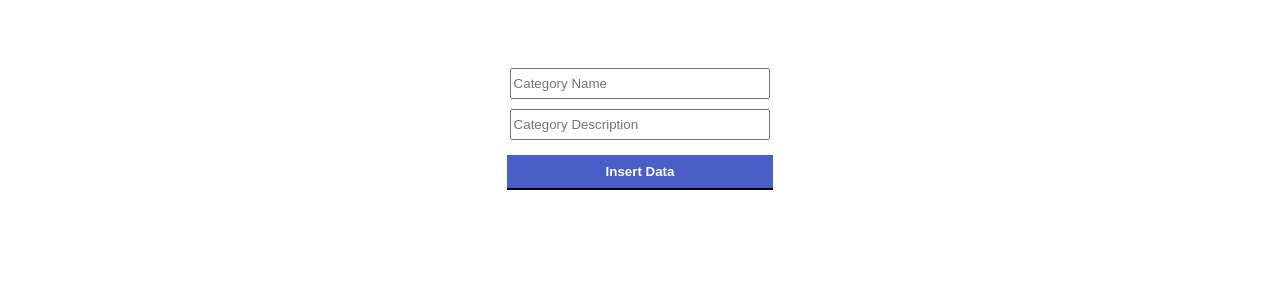
Repository: developerks611/loanweb
Page: http://localhost/loan-web/addcategory.jsp
The author's editor kept a copy of each file at every save. The page is drawn from the files as they stood at one save, then again after the next save.
The browser window is 1280 px wide. The pictures show the whole page.
The page is served by Tomcat 9. Other server files are loaded and not shown.

Above is the page before, as saved 2023-03-08 07:08:35.

### loan-web/src/main/webapp/addcategory.jsp
<%@ page language="java" contentType="text/html; charset=ISO-8859-1"
    pageEncoding="ISO-8859-1"%>
<!DOCTYPE html>
<html>
<head>
<style>
	.center{
		text-align:center;
		margin-top:5%;

	}

	.inputtxt{
		margin:5px;
	}

	.inputtxt{
		width:20%;
		height:25px;
	}
	.button-login{
		width:21%;
		height:35px;
		margin-top:10px;
		background-color:#485FC7;
		 border-top-style: hidden;
		  border-right-style: hidden;
		  border-left-style: hidden;
		color:white;
		font-weight:bold;
		boarder-style:none;
	}
</style>
<meta charset="ISO-8859-1">
<title>Category</title>
</head>
<body>
<div class="center">
<form action="Insertcategory" method="post">
<input type="text" placeholder="Category Name" name="cname" class="inputtxt"><br>
<input type="text" placeholder="Category Description" name="cd" class="inputtxt"><br>
<input type="hidden" name="action" value="inserdata">
<button type="submit" class="button-login">Insert Data</button>
</form>
</div>
</body>
</html>

After the next save:
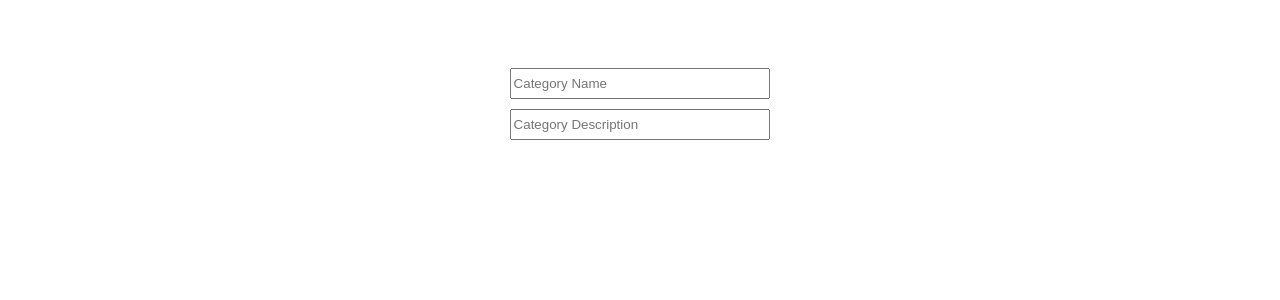
Saved 5 min 13 s later.
--- a/loan-web/src/main/webapp/addcategory.jsp
+++ b/loan-web/src/main/webapp/addcategory.jsp
@@ -39,8 +39,6 @@
 <form action="Insertcategory" method="post">
 <input type="text" placeholder="Category Name" name="cname" class="inputtxt"><br>
 <input type="text" placeholder="Category Description" name="cd" class="inputtxt"><br>
-<input type="hidden" name="action" value="inserdata">
-<button type="submit" class="button-login">Insert Data</button>
 </form>
 </div>
 </body>
